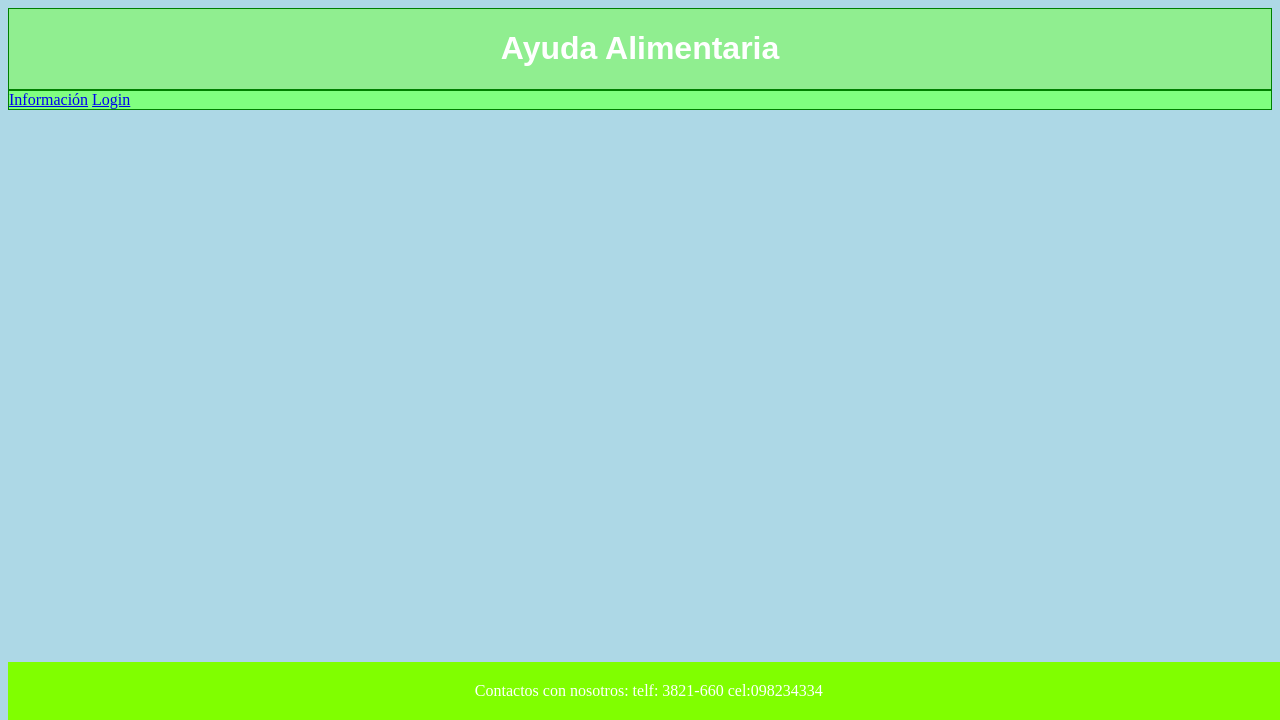
Repository: sonicspeed1/examen1_codigo_bryansantillan
Page: http://localhost/examen_1_bryan_santillan/home.jsp
An editor plug-in stored every save of this project. The page is shown before and after the next save, followed by the edit.
The browser window is 1280 px wide. The pictures show the whole page.
The page is served by Tomcat 9. Other server files are loaded and not shown.

Above is the page before, as saved 2024-05-29 04:40:47.

### examen_1_bryan_santillan/src/main/webapp/home.jsp
<%@ page language="java" contentType="text/html; charset=UTF-8"
    pageEncoding="UTF-8"%>
<!DOCTYPE html>
<html>
<head>
<meta charset="UTF-8">
<link href="estilo.css" rel="stylesheet"/>
<title>Ayuda Alimentaria</title>
</head>
<body class="cuerpo">
<div class="cuadro">
<h1 class="titulo">Ayuda Alimentaria</h1>
</div>
<nav>
<ul class="menu">
<li class="item"><a href="informacion.jsp">Información</a></li>
<li class="item"><a href="Login.jsp">Login</a></li>
</ul>
</nav>
<footer class="footer"> Contactos con nosotros: telf: 3821-660 cel:098234334</footer>
</body>
</html>

### examen_1_bryan_santillan/src/main/webapp/estilo.css
@charset "UTF-8";
.cuerpo{
	background-color: lightblue;
}
.cuadro{
	background-color:lightgreen;
	border: 1px solid green;
	display: block;

}
.cuadro2 {
    background-color: #b4aed0;
    border-radius: 5px;
    border: 1px solid purple;
    height: 400px;
    width: 400px;
}
.cuadro3{
	    background: linear-gradient(to right,red,pink);
	    text-align:center;
	    color: white;
	     border: 1px solid darkred;
}
.titulo{
	color: white;
	transition: color 0.3s, text-shadow 0.3s;
	font-family: 'Comic Sans MS', cursive, sans-serif;
	 text-align: center;
}

.titulo:hover {
    color: blue;
    text-shadow: 2px 2px 5px rgba(0, 0, 0, 0.5);
}
.menu{
	list-style-type: none;
    padding: 0;
    background-color: #80ff80;
    border: 1px solid green;
    margin: 0 auto;
    }
.item {
    display: inline-block;
    position: relative;
}
.container {
    display: flex;
    justify-content: center;
    align-items: center;
    margin-top: 20px;
}
.titulo2{
	color: white;
	transition: color 0.3s, text-shadow 0.3s;
	font-family: 'Comic Sans MS', cursive, sans-serif;
	 text-align: center;
}

.titulo2:hover {
    color: red;
    text-shadow: 2px 2px 5px rgba(0, 0, 0, 0.5);
}
.item_login{
	   display: flex;
    justify-content: center;
    align-items: center;
    margin-bottom: 20px;
}
.button{
	background-color: purple;
	border-radius: 5px;
	color: white;
	padding: 10px 20px;
	margin: 15px;
	font-family: 'Comic Sans MS', cursive, sans-serif;
}
.hiper{
	margin-right: 25px;
}

.item_reg{
	   display: flex;
	   margin-bottom:20px;
}

.footer {
    background-color: rgb(128, 255, 0);
    color: #fff;
    padding: 20px;
    text-align: center;
    width: 97%;
    max-width: 1980px;
    position: fixed;
    bottom: 0;
}

After the next save:
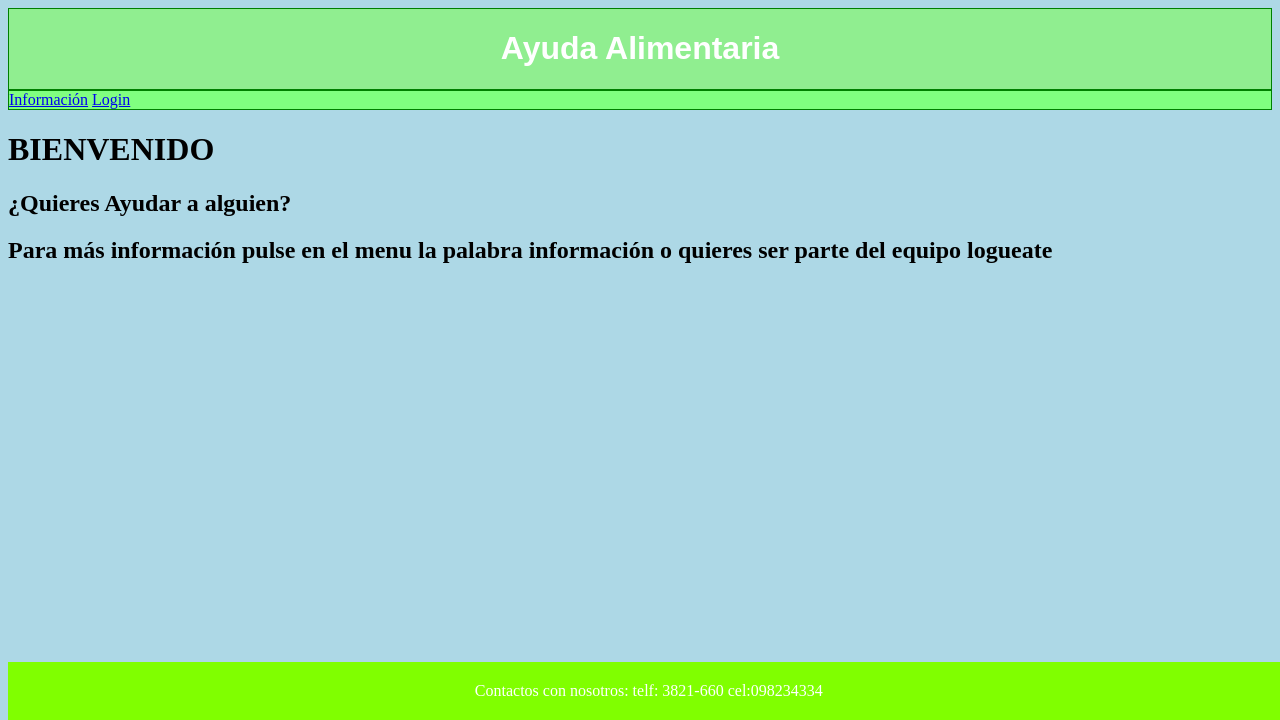
Saved 3 min 38 s later.
--- a/examen_1_bryan_santillan/src/main/webapp/home.jsp
+++ b/examen_1_bryan_santillan/src/main/webapp/home.jsp
@@ -17,6 +17,15 @@
 <li class="item"><a href="Login.jsp">Login</a></li>
 </ul>
 </nav>
+<div>
+ <h1>BIENVENIDO</h1>
+ <h2>
+ ¿Quieres Ayudar a alguien?
+ </h2>
+<h2> Para más información pulse en el menu la
+ palabra información o quieres ser parte del
+ equipo logueate</h2>
+</div>
 <footer class="footer"> Contactos con nosotros: telf: 3821-660 cel:098234334</footer>
 </body>
 </html>
